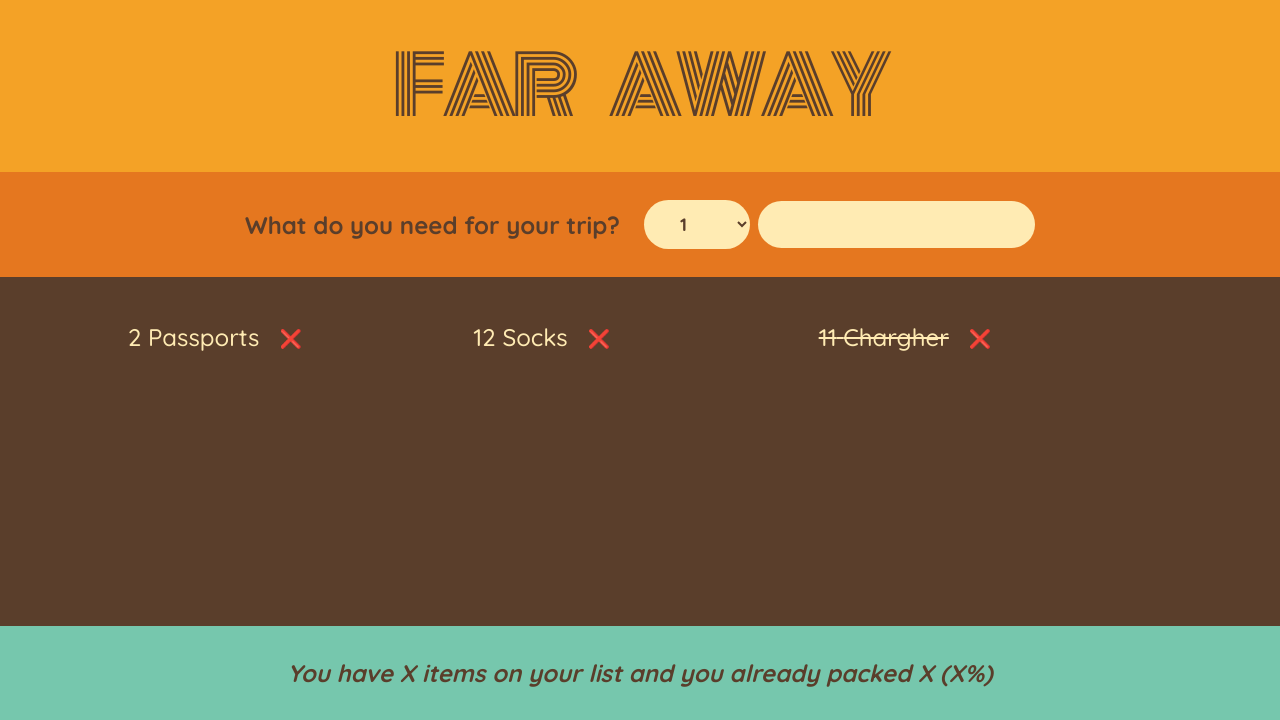
Repository: pmcalmeida/travel-list
Page: /
These files come from the project's save history. The page is drawn as it stood at one moment and after the next save; the edit follows.
The browser window is 1280 px wide. The pictures show the whole page.
The project was rebuilt for these pictures with package versions that can differ from the ones it lists, and the page was loaded fresh each time.

Above is the page before, as saved 2024-05-01 10:51:21.

### src/App.js
import './index.css';

const initialItems = [
  { id: 1, description: "Passports", quantity: 2, packed: false },
  { id: 2, description: "Socks", quantity: 12, packed: false },
  { id: 3, description: "Chargher", quantity: 11, packed: true },
];

function Logo() {
  return <h1>Far Away</h1>
}

function Form() {
  return (
    <form className="add-form">
      <h3>What do you need for your trip?</h3>
      <select>
      {
        Array.from({ length: 20 }, (_, i) => i + 1).map(
          (num) => <option value={num} key={num}>{num}</option>
        )
      }
      </select>
      <input type="text"></input>
    </form>
  )
}

function Item({ item: { description, quantity, packed } }) {
  return <li>
    <span style={packed ? { textDecoration: "line-through"} : {}}>{quantity} {description}</span>
    <button>❌</button>
  </li>
}

function PackagingList() {
  return <div className="list">
    <ul>{
      initialItems.map(item => <Item key={item.id} item={item}/>)
    }</ul>
  </div>
}

function Stats() {
  return (
    <footer className="stats">
      <em>
        You have X items on your list and you already packed X (X%)
      </em>
    </footer>
  )
}

function App() {
  return (
    <div className="app">
      <Logo />
      <Form />
      <PackagingList />
      <Stats />
    </div>
  );
}

export default App;

Loaded but not shown: public/index.html (common file); src/index.js (common file); src/index.css (common file)

After the next save:
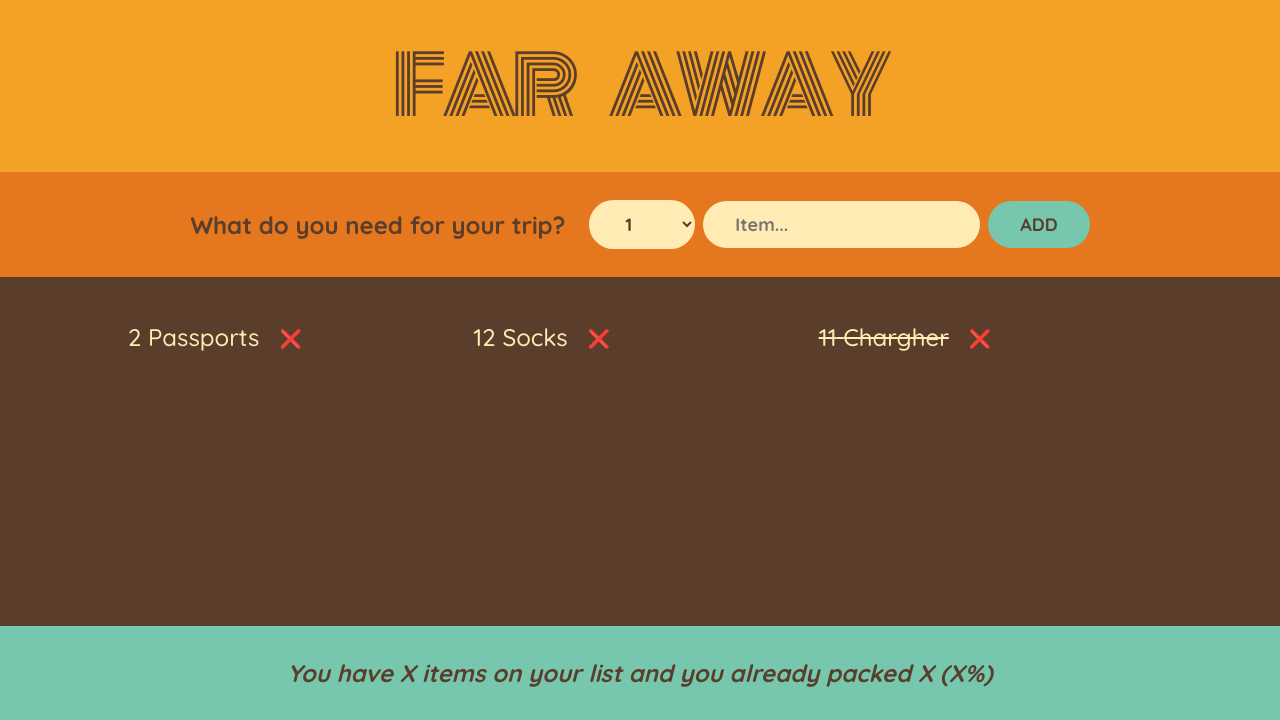
Saved 93 s later.
--- a/src/App.js
+++ b/src/App.js
@@ -11,8 +11,13 @@
 }
 
 function Form() {
+
+  function handleSubmit() {
+
+  }
+
   return (
-    <form className="add-form">
+    <form className="add-form" onSubmit={handleSubmit}>
       <h3>What do you need for your trip?</h3>
       <select>
       {
@@ -21,7 +26,8 @@
         )
       }
       </select>
-      <input type="text"></input>
+      <input type="text" placeholder="Item..." />
+      <button>Add</button>
     </form>
   )
 }
